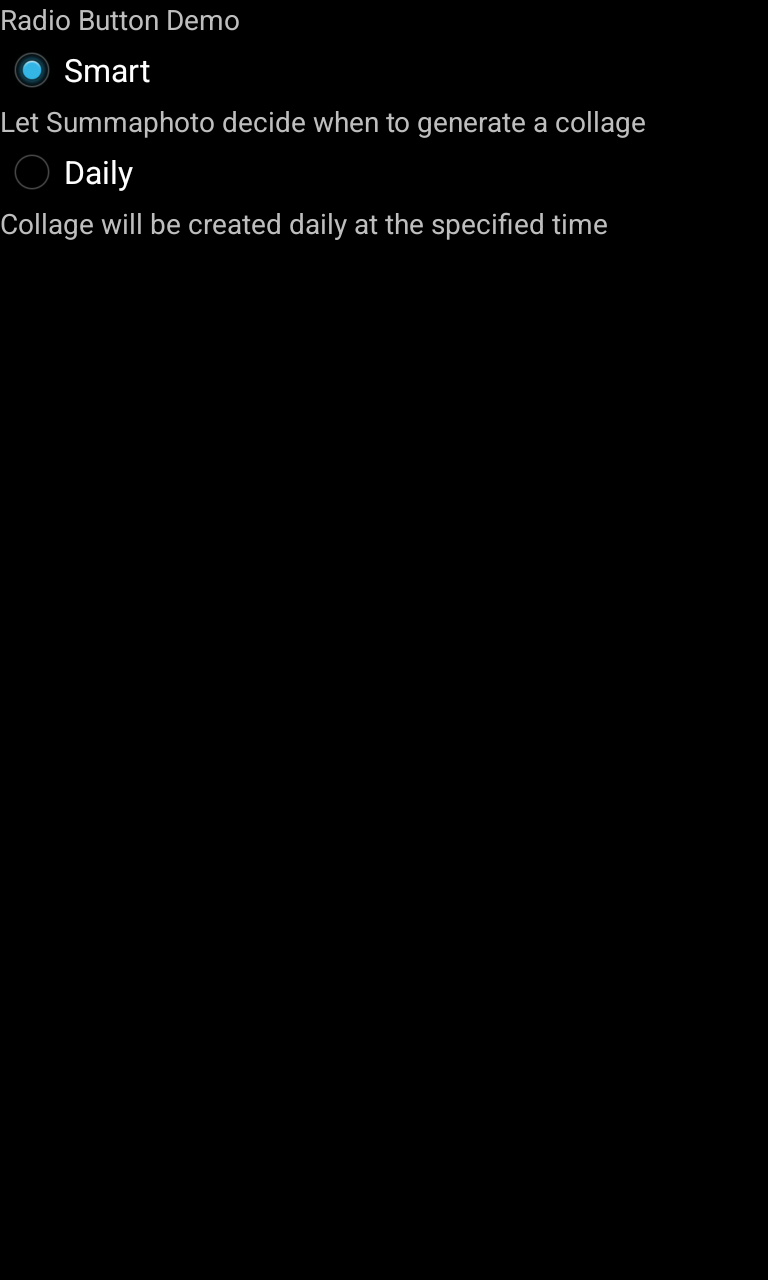
Repository: ulugbekjs/SummaPhoto
Layout: Workshop/res/layout/activity_settings.xml
The author's editor kept a copy of each file at every save. The layout is drawn from the files as they stood at one save, then again after a run of saves.
It is drawn on a 768 x 1280 px phone screen (xhdpi) without system bars, with theme SummaPhotoTheme; the app's code is not run.

Above is the layout before, as saved 2013-08-12 12:05:26.

### Workshop/res/layout/activity_settings.xml
<LinearLayout xmlns:android="http://schemas.android.com/apk/res/android"
    xmlns:tools="http://schemas.android.com/tools"
    android:layout_width="match_parent"
    android:layout_height="match_parent"
    android:orientation="vertical"
    tools:context=".SettingsActivity" >

    <TextView
        android:layout_width="wrap_content"
        android:layout_height="wrap_content"
        android:text="Radio Button Demo" />

    android:layout_width="fill_parent"
    android:layout_height="1dp"
    android:background="@android:color/darker_gray"/>

    <RadioGroup
        android:id="@+id/radioMode"
        android:layout_width="wrap_content"
        android:layout_height="wrap_content" >

        <RadioButton
            android:id="@+id/radioSmart"
            android:layout_width="wrap_content"
            android:layout_height="wrap_content"
            android:checked="true"
            android:text="@string/Smart" />

        <TextView android:text="@string/SmartDescription" />

        <RadioButton
            android:id="@+id/radioDaily"
            android:layout_width="wrap_content"
            android:layout_height="wrap_content"
            android:text="@string/Daily" />

        <TextView android:text="@string/DailyDescription" />
    </RadioGroup>

</LinearLayout>

### Workshop/res/values-v11/themes.xml
<?xml version="1.0" encoding="utf-8"?>
<resources>
     <style name="SummaPhotoTheme" parent="@android:style/Theme.Holo">
        <!-- Any customizations for your app running on 3.0+ devices here -->
    </style>
</resources>

### Workshop/res/values-v14/themes.xml
<?xml version="1.0" encoding="utf-8"?>
<resources>
    <style name="SummaPhotoTheme" parent="@android:style/Theme.Holo.NoActionBar.Fullscreen">
        <!-- Any customizations for your app running on 4.0+ devices here -->
    </style>
</resources>

### Workshop/res/values/themes.xml
<?xml version="1.0" encoding="utf-8"?>
<resources>
     <style name="SummaPhotoTheme" parent="@android:style/Theme.Dark.NoTitleBar">
        <!-- Any customizations for your app running on pre-3.0 devices here -->
    </style>
</resources>

### Workshop/res/values/strings.xml
<?xml version="1.0" encoding="utf-8"?>
<resources>

    <string name="app_name">Aworkshop</string>
    <string name="action_settings">Settings</string>
    <string name="hello_world">Hello world!</string>
    <string name="title_activity_settings">SettingsActivity</string>
    <string name="Smart">Smart</string>
    <string name="Daily">Daily</string>
    <string name="SmartDescription">Let Summaphoto decide when to generate a collage</string>
    <string name="DailyDescription">Collage will be created daily at the specified time</string>
    <string name="Mode">Mode</string>

</resources>

Loaded but not shown: Workshop/res/values/dimens.xml (common file)

After the next 2 saves:
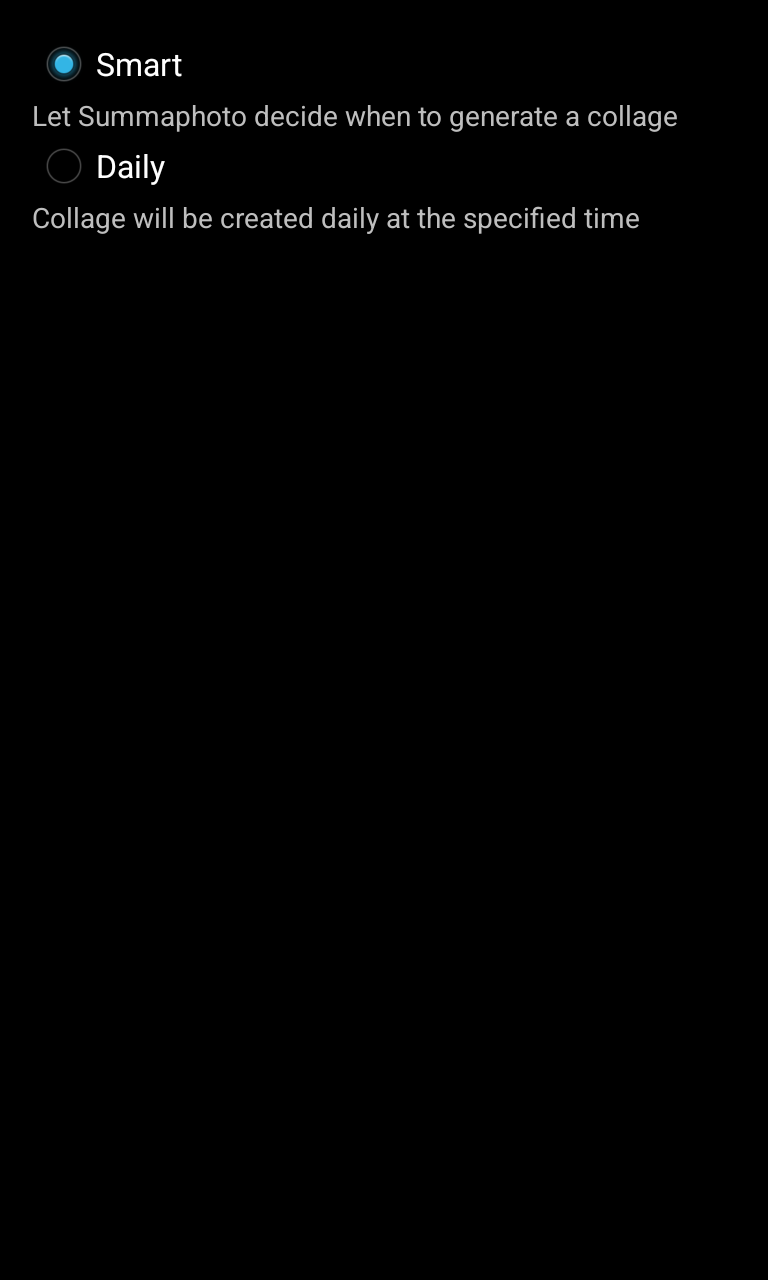
The 2 saves are shown as one change because 1 did not build or start.
The last was saved 21 s later.
--- a/Workshop/res/layout/activity_settings.xml
+++ b/Workshop/res/layout/activity_settings.xml
@@ -1,18 +1,12 @@
-<LinearLayout xmlns:android="http://schemas.android.com/apk/res/android"
+<RelativeLayout xmlns:android="http://schemas.android.com/apk/res/android"
     xmlns:tools="http://schemas.android.com/tools"
     android:layout_width="match_parent"
     android:layout_height="match_parent"
-    android:orientation="vertical"
+    android:paddingBottom="@dimen/activity_vertical_margin"
+    android:paddingLeft="@dimen/activity_horizontal_margin"
+    android:paddingRight="@dimen/activity_horizontal_margin"
+    android:paddingTop="@dimen/activity_vertical_margin"
     tools:context=".SettingsActivity" >
-
-    <TextView
-        android:layout_width="wrap_content"
-        android:layout_height="wrap_content"
-        android:text="Radio Button Demo" />
-
-    android:layout_width="fill_parent"
-    android:layout_height="1dp"
-    android:background="@android:color/darker_gray"/>
 
     <RadioGroup
         android:id="@+id/radioMode"
@@ -37,4 +31,4 @@
         <TextView android:text="@string/DailyDescription" />
     </RadioGroup>
 
-</LinearLayout>
+</RelativeLayout>
